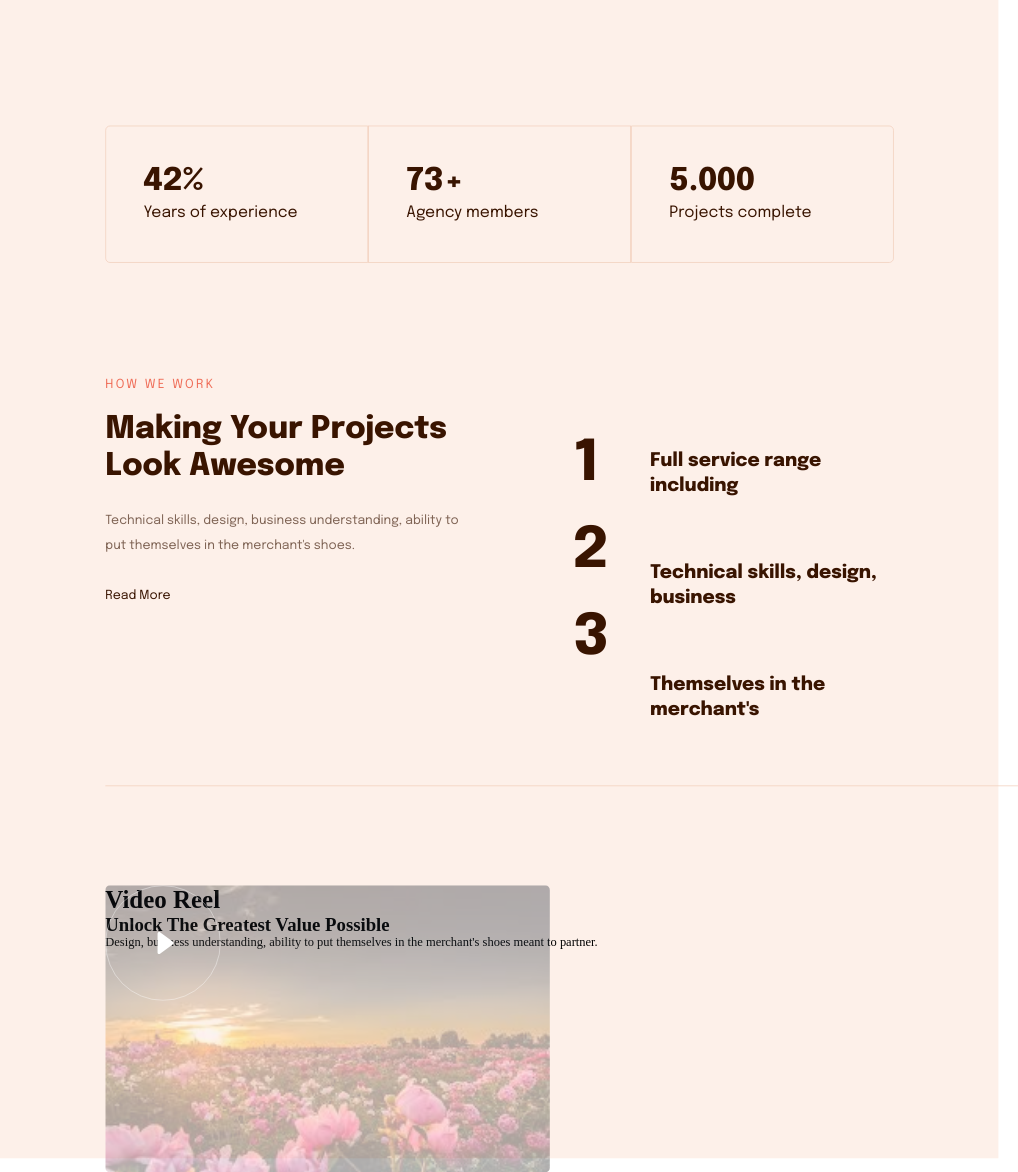
Repository: AytacJafarova/task2
Page: index.html
These files come from the project's save history. The page is drawn as it stood at one moment and after a run of saves; the edit follows.
The browser window is 1280 px wide. The page is 1305 px wide, so the pictures cover 1305 px, including what lies to the right of the window. The pictures show the whole page, at 78% of full size.

Above is the page before, as saved 2023-08-01 14:15:53.

After the next 2 saves:
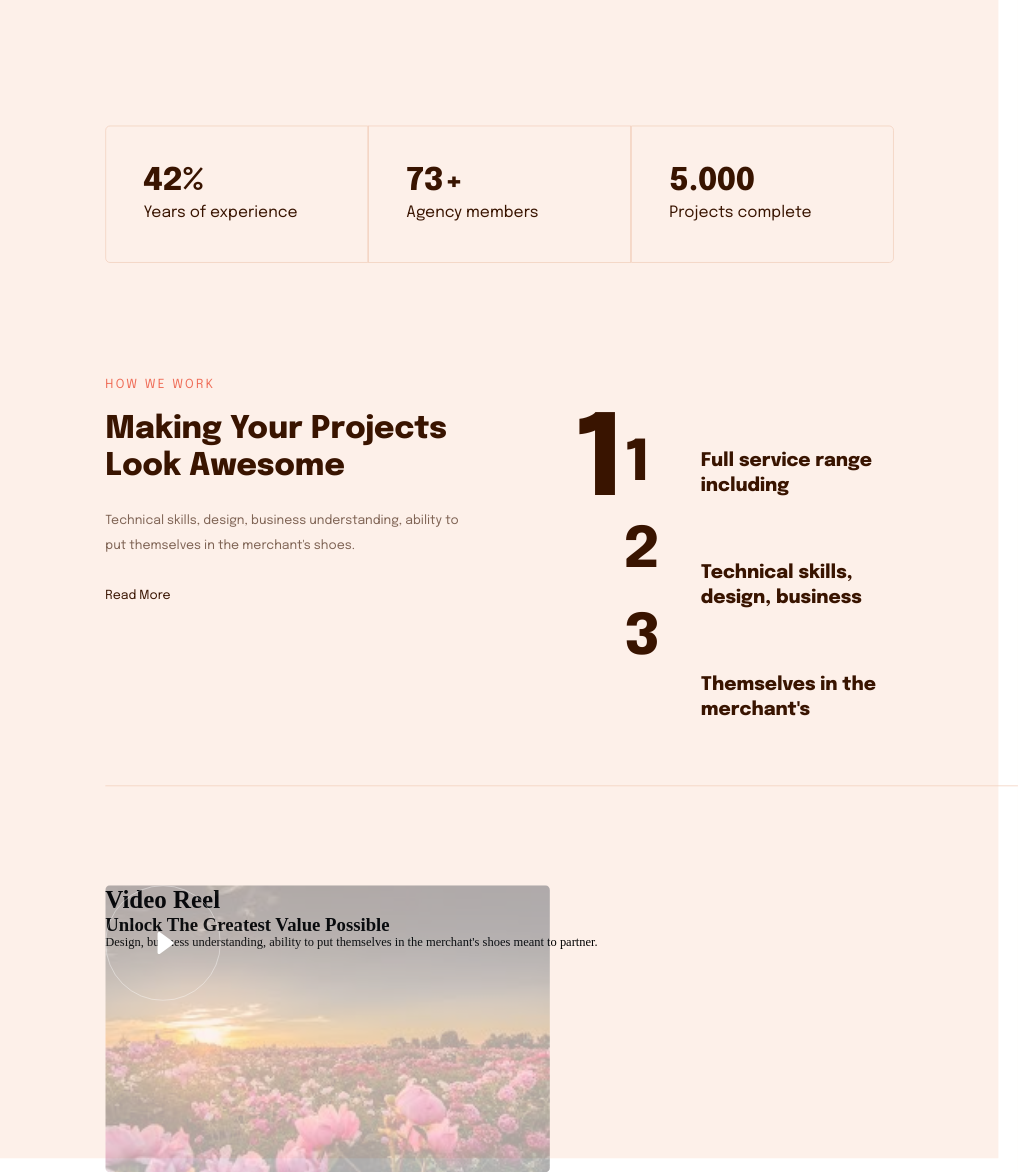
The 2 saves are shown as one change because they came seconds apart.
The last was saved 41 s later.
--- a/index.html
+++ b/index.html
@@ -36,6 +36,13 @@
                 <a href="#">Read More</a>
             </div>
             <div class="box2">
+
+                <ul>
+                    <li>
+                        <h1>1</h1>
+                        <p></p>
+                    </li>
+                </ul>
                 <ul>
                     <li>1</li>
                     <li>2</li>
